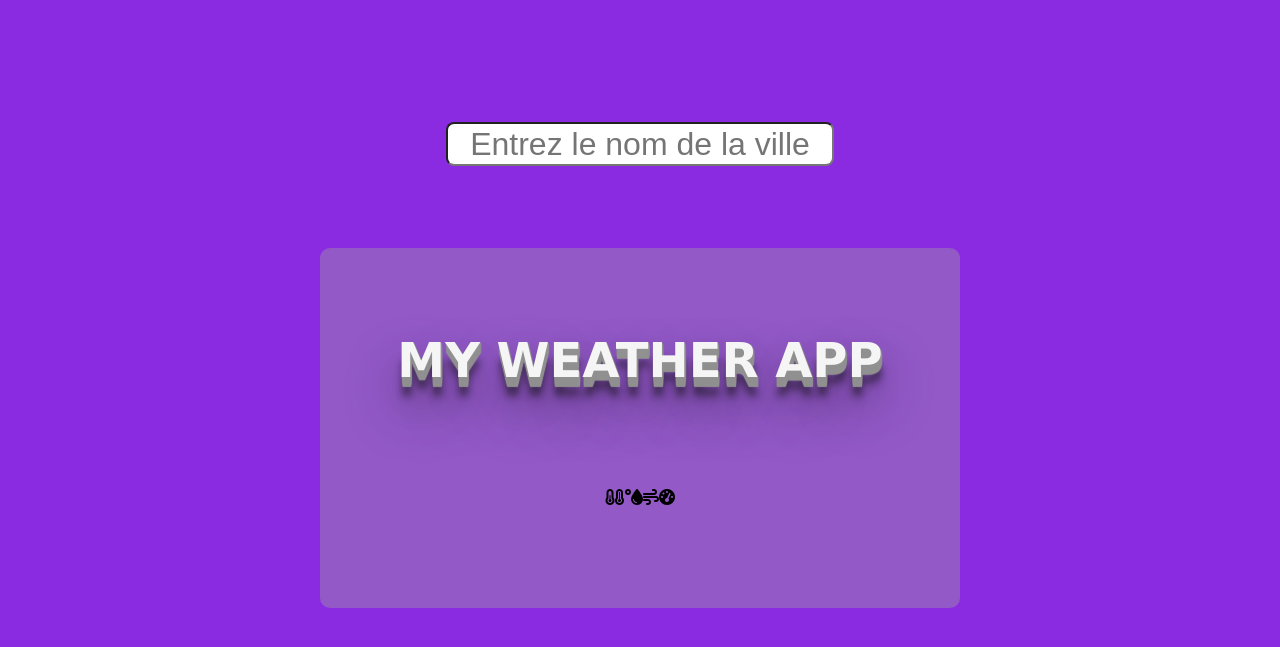
Repository: JeffnyAugustin/MyWeatherApp
Page: index.html
An editor plug-in stored every save of this project. The page is shown before and after the next save, followed by the edit.
The browser window is 1280 px wide. The pictures show the whole page.

Above is the page before, as saved 2023-11-14 22:30:59.

### index.html
<!DOCTYPE html>
<html lang="fr">

<head>
    <meta charset="UTF-8">
    <meta http-equiv="X-UA-Compatible" content="IE=edge">
    <meta name="viewport" content="width=device-width, initial-scale=1.0">
    <link rel="stylesheet" href="https://cdnjs.cloudflare.com/ajax/libs/font-awesome/6.4.0/css/all.min.css"
        integrity="sha512-iecdLmaskl7CVkqkXNQ/ZH/XLlvWZOJyj7Yy7tcenmpD1ypASozpmT/E0iPtmFIB46ZmdtAc9eNBvH0H/ZpiBw=="
        crossorigin="anonymous" referrerpolicy="no-referrer" />

    <link rel="stylesheet" href="/css/style.css">
    <title>My Weather App</title>
</head>

<body>



    <div id="container"></div>

    <script src="/js/script.js"></script>
</body>

</html>

### css/style.css
* {
    padding : 0;
    margin: 0;
}

body {
    display: flex;
    justify-content: center;
    height: 100vh;
    width: 100vw;
    background-color: blueviolet;
    overflow-y: hidden;
}

#container {
    display: flex;
    flex-direction: column;
    align-items: center;
    justify-content: space-around;
    gap: 20px;

}

#searchBox {
    text-align: center;
    width: 60%;
    height: 40px;
    border-radius: 8px;
    margin-top: 10px;
    font-size: 2rem;
}


#allTogether {
    width: 50VW;
    height: 50VH;
    display: flex;
    flex-direction: column;
    justify-content: space-evenly;
    align-items: center;
    background-color: rgb(158 158 158 / 40%);
    border-radius: 10px;
}

div#meteoElement {
    display: flex;
    flex-direction: row;
    justify-content: space-around;
    flex-wrap: wrap;
}

div#cityElement {
    display: flex;
    flex-direction: row;
    gap: 10px;
    justify-content: center;
}

div#cityDescription {
    display: flex;
    flex-direction: column;
    gap: 20PX;
}

#prevision {
    background-color: rgb(134 126 126 / 41%);
    display: flex;
    flex-direction: row;
    justify-content: center;
    align-items: center;
    gap: 10px;
}

.day-forecast {
    display: flex;
    flex-direction: column;
    align-items: center;
    height: 100%;
    width: 230px;
    background-color: #c1a8b6;
}


p {
    font-size: 2rem;
    color: white;
}

p.cityName {
    text-align: center;
}

h1.textTitle {
    position: absolute;
    top: 50%;
    right: 50%;
    transform: translate(50%,-50%);
    text-transform: uppercase;
    font-family: verdana;
    font-size: 3em;
    font-weight: 700;
    color: #f5f5f5;
    text-shadow: 1px 1px 1px #919191,
        1px 2px 1px #919191,
        1px 3px 1px #919191,
        1px 4px 1px #919191,
        1px 5px 1px #919191,
        1px 6px 1px #919191,
        1px 7px 1px #919191,
        1px 8px 1px #919191,
        1px 9px 1px #919191,
        1px 10px 1px #919191,
    1px 18px 6px rgba(16,16,16,0.4),
    1px 22px 10px rgba(16,16,16,0.2),
    1px 25px 35px rgba(16,16,16,0.2),
    1px 30px 60px rgba(16,16,16,0.4);
}

### js/script.js
// Clé D'api
const API_KEY = "b476218e49ef0d0755a713e9ba77f79a";
// Lien vers L'api finissant par une recherche
const API_URL = `https://api.openweathermap.org/data/2.5/forecast?appid=${API_KEY}&units=metric&lang=fr&q=`;


const divContain = document.getElementById("container");
divContain.id = "container";


const titleDiv = document.createElement("div");
titleDiv.className = "title";

// Création H1
const heading = document.createElement('h1');
heading.className = "textTitle"

// Set the text content of the h1 element
heading.textContent = 'My Weather App';




// Création barre de recherche
const inputSearch = document.createElement("input");
inputSearch.id = "searchBox";
inputSearch.type = "text";
inputSearch.placeholder = "Entrez le nom de la ville"; // Ajout du placeholder

// Création de div
const newDiv = document.createElement("div");
newDiv.id = "allTogether";

// Création de div
const forecastDiv = document.createElement("div");
forecastDiv.id = "prevision";




const infoCityDiv = document.createElement("div");
infoCityDiv.id = "cityDescription";


// Création de div oiuyr stocker img + description
const cityImgDiv = document.createElement("div");
cityImgDiv.id = "cityElement";

// Création de div pour afficher les informations météorologiques
const weather = document.createElement("div");
weather.id = "meteoElement";

// Création balise paragraphe pour collecter le nom de la ville
const cityName = document.createElement("p");
cityName.className = "cityName";

// Création de div pour afficher la température
const temperatureDiv = document.createElement("div");
temperatureDiv.className = "temperature-container";

// Création balise paragraphe
const temperature = document.createElement("p");
temperature.className = "temps";

// Création de div pour afficher le temps ressenti
const feelsLikeDiv = document.createElement("div");
feelsLikeDiv.className = "feels-like-container";

// Création balise paragraphe pour la sensation thermique
const feelsLike = document.createElement("p");
feelsLike.className = "feels-like";

// Création de div pour afficher l'humidité
const humidityDiv = document.createElement("div");
humidityDiv.className = "humidity-container";

// Création de balise paragraphe pour l'humidité
const humidity = document.createElement("p");
humidity.className = "humidity";

// Création de div pour afficher le vent
const windDiv = document.createElement("div");
windDiv.className = "wind-container";

// Création de balise wind
const DataWind = document.createElement("p");
DataWind.className = "wind";



// Création de div pour l'humidité
const pressureDiv = document.createElement("div");
pressureDiv.className = "pressure-container";

// Création de balise paragraphe pour la pression atmosphérique
const pressure = document.createElement("p");
pressure.className = "pressure";

// Création de div pour afficher la description
const descriptionDiv = document.createElement("div");
descriptionDiv.className = "description-container";

// Création de balise paragraphe pour la description
const description = document.createElement("p");
description.className = "description";



// Création balise image
const image = document.createElement("img");

// Création balise icône pour la température
const temperatureIcon = document.createElement("i");
temperatureIcon.className = "fas fa-thermometer-half";

// Création balise icône pour la sensation thermique
const feelsLikeIcon = document.createElement("i");
feelsLikeIcon.className = "fas fa-temperature-high";

// Création balise icône pour l'humidité
const humidityIcon = document.createElement("i");
humidityIcon.className = "fas fa-tint";

// Création balise icône pour le vent
const windIcon = document.createElement("i");
windIcon.className = "fas fa-wind";

// Création balise icône pour la pression
const pressureIcon = document.createElement("i");
pressureIcon.className = "fas fa-tachometer-alt";



temperatureDiv.append(temperatureIcon, temperature); // ajout de l'icône

feelsLikeDiv.append(feelsLikeIcon, feelsLike); // ajout de l'icône

humidityDiv.append(humidityIcon, humidity); // ajout de l'icône

windDiv.append(windIcon, DataWind); // ajout de l'icône

pressureDiv.append(pressureIcon, pressure)

descriptionDiv.appendChild( description); // ajout de l'icône




// Function to format the date and time
function formatDateTime() {
    const currentDate = new Date();
    const options = { weekday: 'long', year: 'numeric', month: 'long', day: 'numeric', hour: 'numeric', minute: 'numeric'};
    return currentDate.toLocaleDateString('fr-FR', options);
}

// Create a div to display the date and time
    const dateTimeDiv = document.createElement("div");
    dateTimeDiv.id = "dateTime";
    infoCityDiv.appendChild(dateTimeDiv);

function checkWeather(city) {
    fetch(API_URL + city)
        .then(res => {
            if (!res.ok) {
                throw new Error("La ville n'a pas été trouvée");
            }
            return res.json();
        })
        .then(data => {
            cityName.textContent = data.city.name;
            image.src = `http://openweathermap.org/img/w/${data.list[0].weather[0].icon}.png`;

            description.textContent = data.list[0].weather[0].description;
            temperature.innerHTML = ` Température :  ${Math.round(data.list[0].main.temp)}°C `;
            feelsLike.textContent = "Temps Ressenti : " + Math.round(data.list[0].main.feels_like) + "°C";
            humidity.textContent = "humidityIcon : " + data.list[0].main.humidity + "%";
            DataWind.textContent = "Vitesse du vent : " + Math.floor(data.list[0].wind.speed) + " Km/h";
            pressure.textContent = "Pression : " + data.list[0].main.pressure + " hPa";


             // Afficher les prévisions pour les 5 prochains jours
             for (let i = 0; i < data.list.length; i += 8) {
                const dayForecast = document.createElement("div");
                dayForecast.className = "day-forecast";

                const date = new Date(data.list[i].dt * 1000);
                const dayName = new Intl.DateTimeFormat('fr-FR', { weekday: 'long' }).format(date);

                const dayNameElement = document.createElement("p");
                dayNameElement.textContent = dayName;

                const iconElement = document.createElement("img");
                iconElement.src = `http://openweathermap.org/img/w/${data.list[i].weather[0].icon}.png`;

                const descriptionElement = document.createElement("p");
                descriptionElement.textContent = data.list[i].weather[0].description;

                const temperatureElement = document.createElement("p");
                temperatureElement.textContent = ` ${Math.round(data.list[i].main.temp)}°C`;

                dayForecast.append(dayNameElement, iconElement, descriptionElement, temperatureElement);
                forecastDiv.appendChild(dayForecast);
             }

               // Display the date and time
               dateTimeDiv.textContent = "Date du jour : " + formatDateTime();

        })
        .catch(error => {
            console.error("Erreur de requête :", error.message);
            // Ajoutez ici un traitement pour informer l'utilisateur de l'erreur
        });
}

inputSearch.addEventListener("change", () => {
    checkWeather(inputSearch.value);
});


weather.append(temperatureDiv, feelsLikeDiv, humidityDiv, windDiv, pressureDiv); // ajout des éléments Weather
newDiv.append(infoCityDiv, weather); // ajout du conteneur Weather à newDiv
infoCityDiv.append(cityName, cityImgDiv)
cityImgDiv.append(image, descriptionDiv)
titleDiv.appendChild(heading)
divContain.append(titleDiv, inputSearch, newDiv, forecastDiv); // ajout de tous les éléments à divContain
document.body.appendChild(divContain);



// Mise à jour des informations météorologiques toutes les 5 minutes
setInterval(function () {
    // Ici, mettre à jour les informations de la météo à l'aide de l'API ou d'autres sources
    // Vous pouvez appeler la fonction checkWeather avec la dernière ville recherchée
    checkWeather(inputSearch.value);
}, 5 * 60 * 1000);

After the next save:
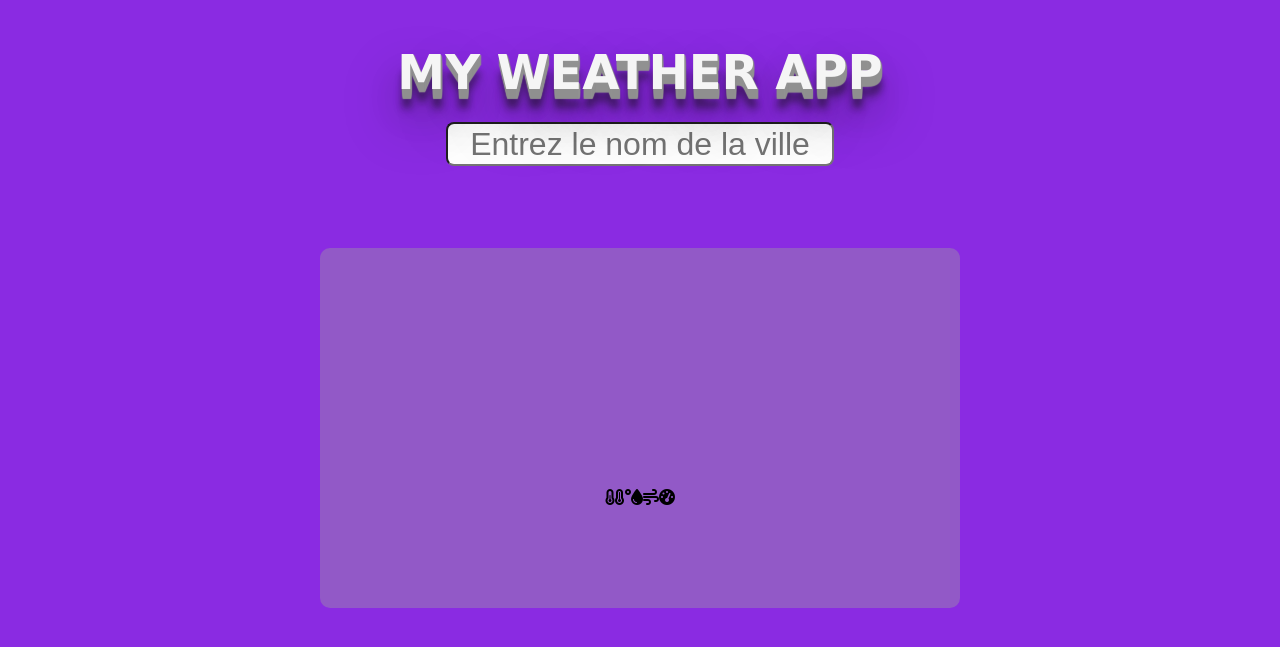
Saved 87 s later.
--- a/css/style.css
+++ b/css/style.css
@@ -92,7 +92,7 @@ p.cityName {
 
 h1.textTitle {
     position: absolute;
-    top: 50%;
+    top: 10%;
     right: 50%;
     transform: translate(50%,-50%);
     text-transform: uppercase;
